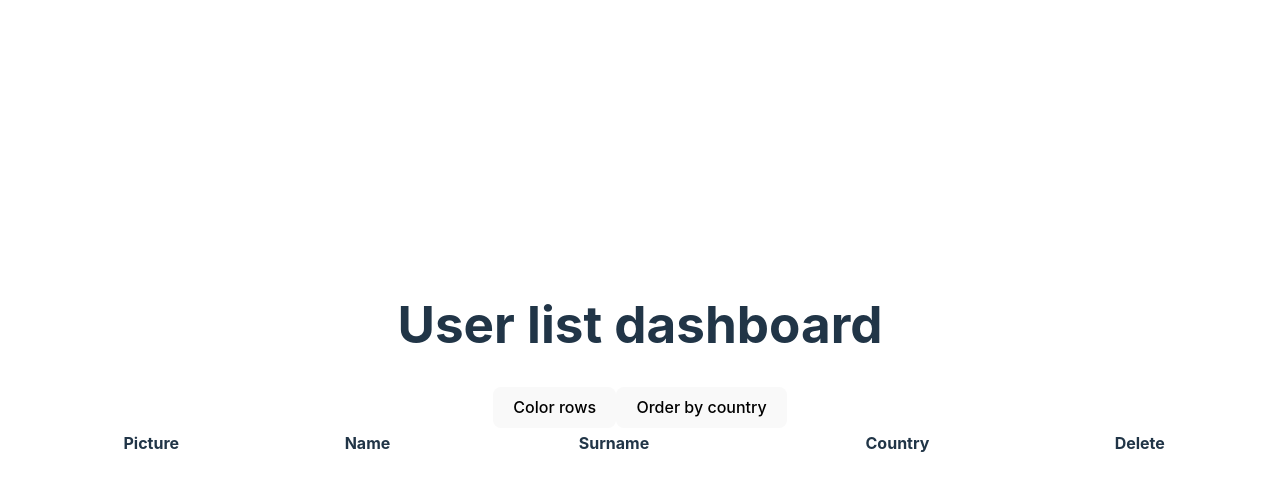
Repository: atzin-escandia/react-typescript-users-dashboard
Page: /
These files come from the project's save history. The page is drawn as it stood at one moment and after the next save; the edit follows.
The browser window is 1280 px wide. The pictures show the whole page.
The page's requests for data from a server got no answer. The project was rebuilt for these pictures with package versions that can differ from the ones it lists, and the page was loaded fresh each time. No one was signed in, and anything a server would have sent is missing. Also part of the build but not shown: vite.config.ts.

Above is the page before, as saved 2023-10-09 18:55:26.

### src/App.tsx
import { useEffect, useRef, useState } from "react";
import "./App.css";
import UsersList from "./components/UsersList";
import { User } from "./types";

const API_URL = "https://randomuser.me/api/?results=100";
function App() {
  const [showColors, setShowColors] = useState(false);
  const [users, setUsers] = useState<User[]>([]);
  const [sortUsers, setSortUsers] = useState(false);
  const originalUsers = useRef<User[]>([]);

  useEffect(() => {
    fetch(API_URL)
      .then((res) => res.json())
      .then((res) => setUsers(res.results));
  }, []);

  const handleReset = () => {
    setUsers(originalUsers.current);
  };

  const handleRemoveUser = (index: number) => {
    const newUsers = [...users];
    const newList = newUsers.filter((_, i) => i !== index);
    setUsers(newList);
  };

  const newUsers = [...users];
  const sortedUsers = sortUsers
    ? newUsers.sort((a, b) =>
        a.location.country.localeCompare(b.location.country)
      )
    : newUsers;

  return (
    <>
      <h1>User list dashboard</h1>
      <header>
        <button onClick={() => setShowColors(!showColors)}>Color rows</button>
        <button onClick={() => setSortUsers(!sortUsers)}>
          {sortUsers ? "Not order by country" : "Order by country"}
        </button>
      </header>

      <section className="card">
        {users && (
          <UsersList
            users={sortedUsers}
            removeUser={handleRemoveUser}
            showColors={showColors}
          ></UsersList>
        )}
      </section>
    </>
  );
}

export default App;

### src/index.css
:root {
  font-family: Inter, system-ui, Avenir, Helvetica, Arial, sans-serif;
  line-height: 1.5;
  font-weight: 400;

  color-scheme: light dark;
  color: rgba(255, 255, 255, 0.87);
  background-color: #242424;

  font-synthesis: none;
  text-rendering: optimizeLegibility;
  -webkit-font-smoothing: antialiased;
  -moz-osx-font-smoothing: grayscale;
  -webkit-text-size-adjust: 100%;
}

a {
  font-weight: 500;
  color: #646cff;
  text-decoration: inherit;
}
a:hover {
  color: #535bf2;
}

body {
  margin: 0;
  display: flex;
  place-items: center;
  min-height: 100vh;
}

h1 {
  font-size: 3.2em;
  line-height: 1.1;
}

button {
  border-radius: 8px;
  border: 1px solid transparent;
  padding: 0.6em 1.2em;
  font-size: 1em;
  font-weight: 500;
  font-family: inherit;
  background-color: #1a1a1a;
  cursor: pointer;
  transition: border-color 0.25s;
}
button:hover {
  border-color: #646cff;
}
button:focus,
button:focus-visible {
  outline: 4px auto -webkit-focus-ring-color;
}

@media (prefers-color-scheme: light) {
  :root {
    color: #213547;
    background-color: #ffffff;
  }
  a:hover {
    color: #747bff;
  }
  button {
    background-color: #f9f9f9;
  }
}

### src/App.css
#root {
  margin: 0 auto;
  padding: 2rem;
  text-align: center;
  width: 100%;
}

### src/components/UsersList.tsx
import { User } from "../types.d";

interface Props {
  users: User[];
  showColors: boolean;
  removeUser: (index: number) => void;
}

interface PropsUserList {
  user: User;
  color: boolean;
  index: number;
}

const UsersList = ({ users, showColors, removeUser }: Props) => {
  const TABLE_HEADER = ["Picture", "Name", "Surname", "Country", "Delete"];

  const UserRow = ({ user, color, index }: PropsUserList) => {
    const { picture, name, location } = user;
    const isEvenRow = index % 2 === 0;

    return (
      <tr style={{ backgroundColor: color && isEvenRow && "black" }}>
        <td>{<img src={picture.thumbnail} alt="Thumbnail user" />}</td>
        <td>{name.first}</td>
        <td>{name.last}</td>
        <td>{location.country}</td>
        <td>
          <button onClick={() => removeUser(index)}>Remove</button>
        </td>
      </tr>
    );
  };

  return (
    <table width="100%">
      <thead>
        <tr>
          {TABLE_HEADER.map((title: string, index: number) => (
            <th key={index}>{title}</th>
          ))}
        </tr>
      </thead>
      <tbody>
        {users.map((user: User, index: number) => (
          <UserRow
            key={user.login.uuid}
            user={user}
            color={showColors}
            index={index}
          />
        ))}
      </tbody>
    </table>
  );
};

export default UsersList;

Loaded but not shown: index.html (common file); src/main.tsx (common file)

After the next save:
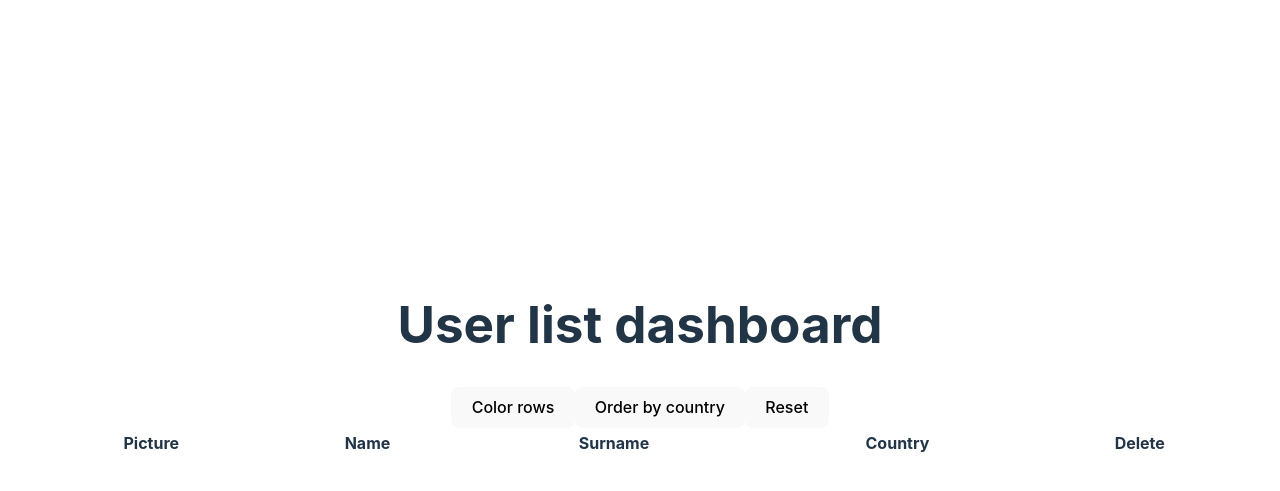
Saved 37 s later.
--- a/src/App.tsx
+++ b/src/App.tsx
@@ -41,6 +41,7 @@
         <button onClick={() => setSortUsers(!sortUsers)}>
           {sortUsers ? "Not order by country" : "Order by country"}
         </button>
+        <button onClick={() => handleReset}>Reset</button>
       </header>
 
       <section className="card">
